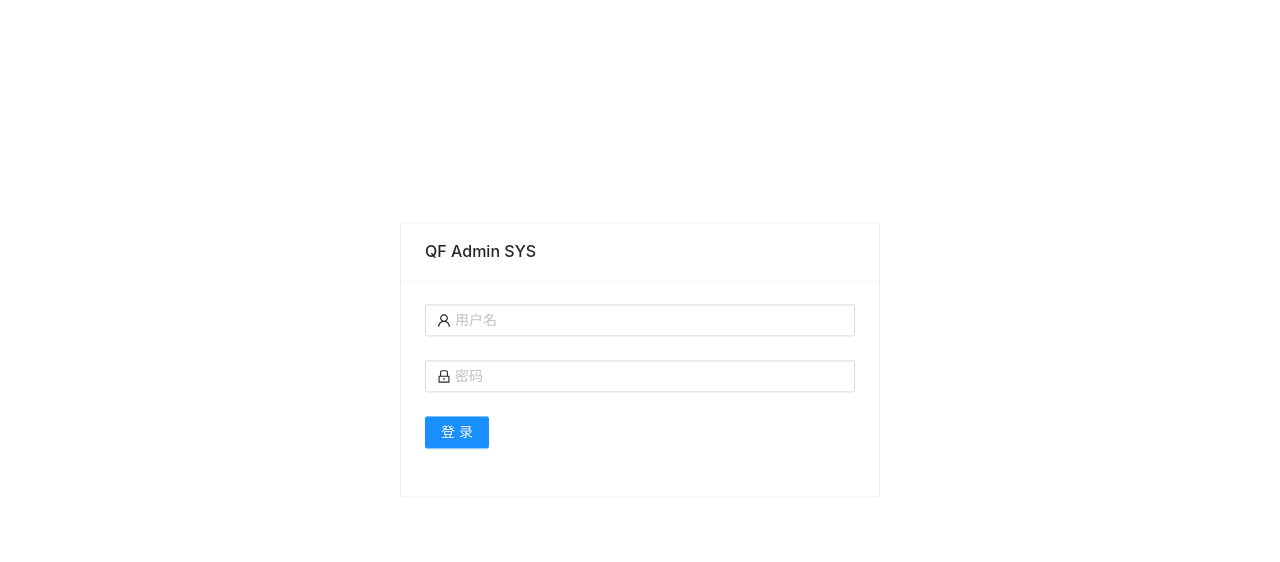
Repository: 13982720426/demo01
Page: /#/login
These files come from the project's save history. The page is drawn as it stood at one moment and after the next save; the edit follows.
The browser window is 1280 px wide. The pictures show the whole page.
The project was rebuilt for these pictures with package versions that can differ from the ones it lists, and the page was loaded fresh each time. Also part of the build but not shown: src/pages/admin/dashboard/Index.js, src/pages/admin/products/List.js, src/pages/admin/products/Edit.js, src/pages/PageNotFound.js, src/components/Frame/Index.js, src/App.js.

Above is the page before, as saved 2021-04-04 21:33:10.

After the next save:
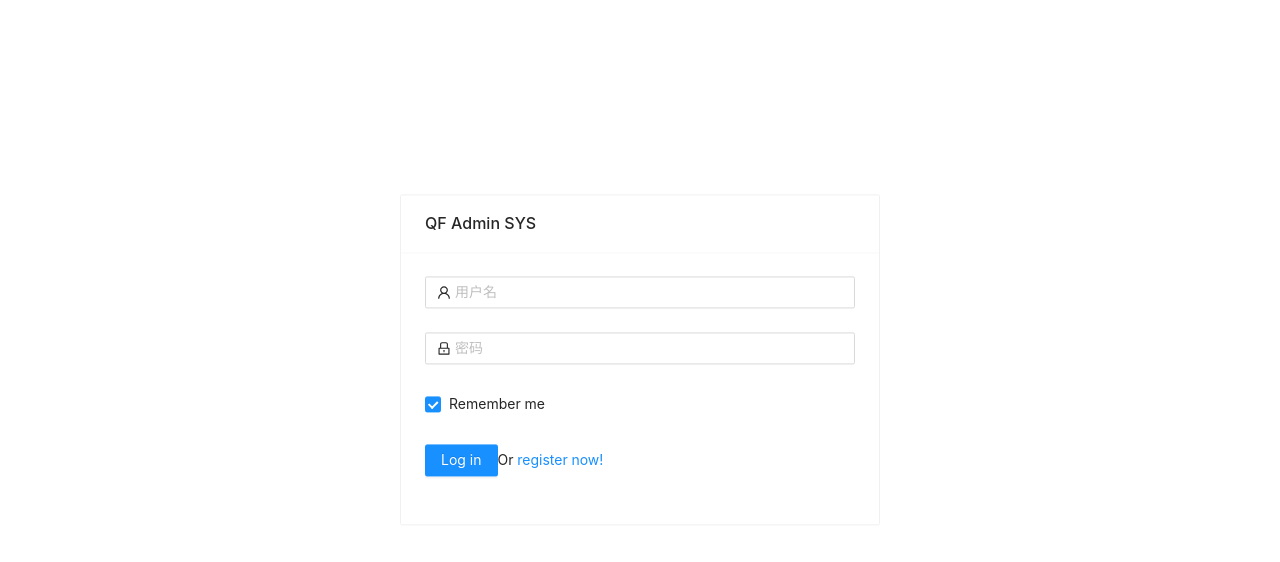
Saved 42 s later.
--- a/src/pages/Login.js
+++ b/src/pages/Login.js
@@ -45,6 +45,11 @@ function Login(props) {
             placeholder="密码"
           />
         </Form.Item>
+        <Form.Item>
+          <Form.Item name="remember" valuePropName="checked" noStyle>
+            <Checkbox>Remember me</Checkbox>
+          </Form.Item>
+        </Form.Item>
 
         <Form.Item>
           <Button
@@ -52,8 +57,9 @@ function Login(props) {
             htmlType="submit"
             className="login-form-button"
           >
-            登录
+            Log in
           </Button>
+          Or <a href="">register now!</a>
         </Form.Item>
       </Form>
     </Card>
